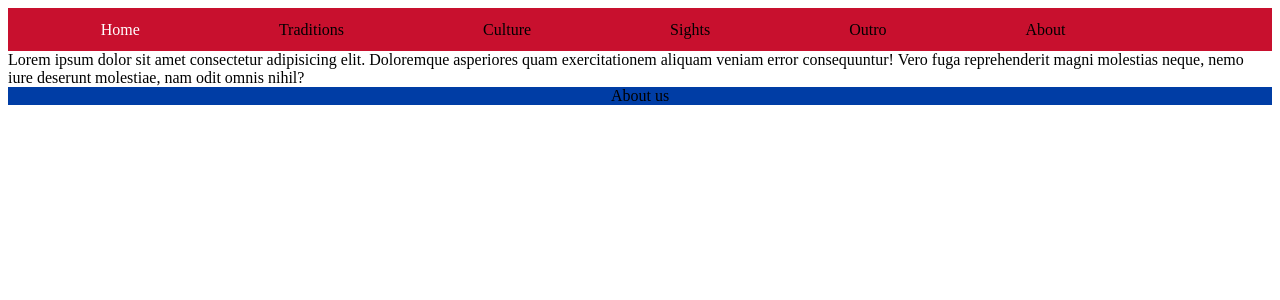
Repository: Cornman63/The-netherlands
Page: index.html
These files come from the project's save history. The page is drawn as it stood at one moment and after the next save; the edit follows.
The browser window is 1280 px wide. The pictures show the whole page.

Above is the page before, as saved 2023-05-17 12:30:56.

After the next save:
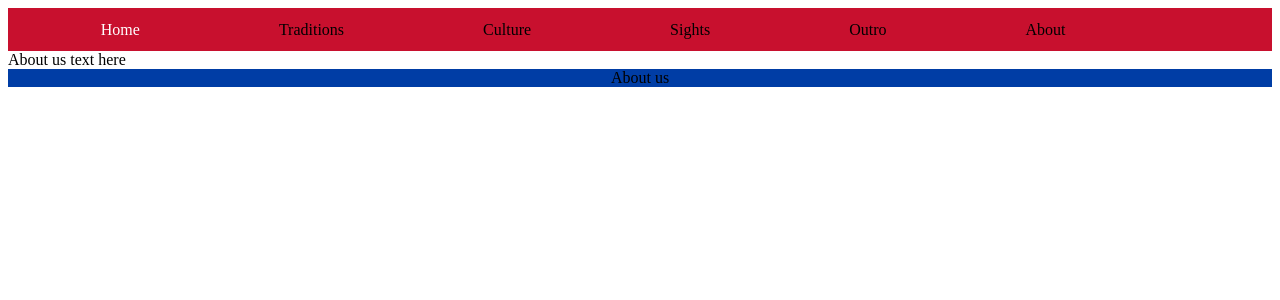
Saved 27 s later.
--- a/index.html
+++ b/index.html
@@ -18,7 +18,7 @@
         <div class="site"><a href="about.html" style="color:black" class="link">About</a></div>
     </div>
     <div class="text">
-        Lorem ipsum dolor sit amet consectetur adipisicing elit. Doloremque asperiores quam exercitationem aliquam veniam error consequuntur! Vero fuga reprehenderit magni molestias neque, nemo iure deserunt molestiae, nam odit omnis nihil?
+        About us text here
     </div>
     <div class="bottom">
         About us
